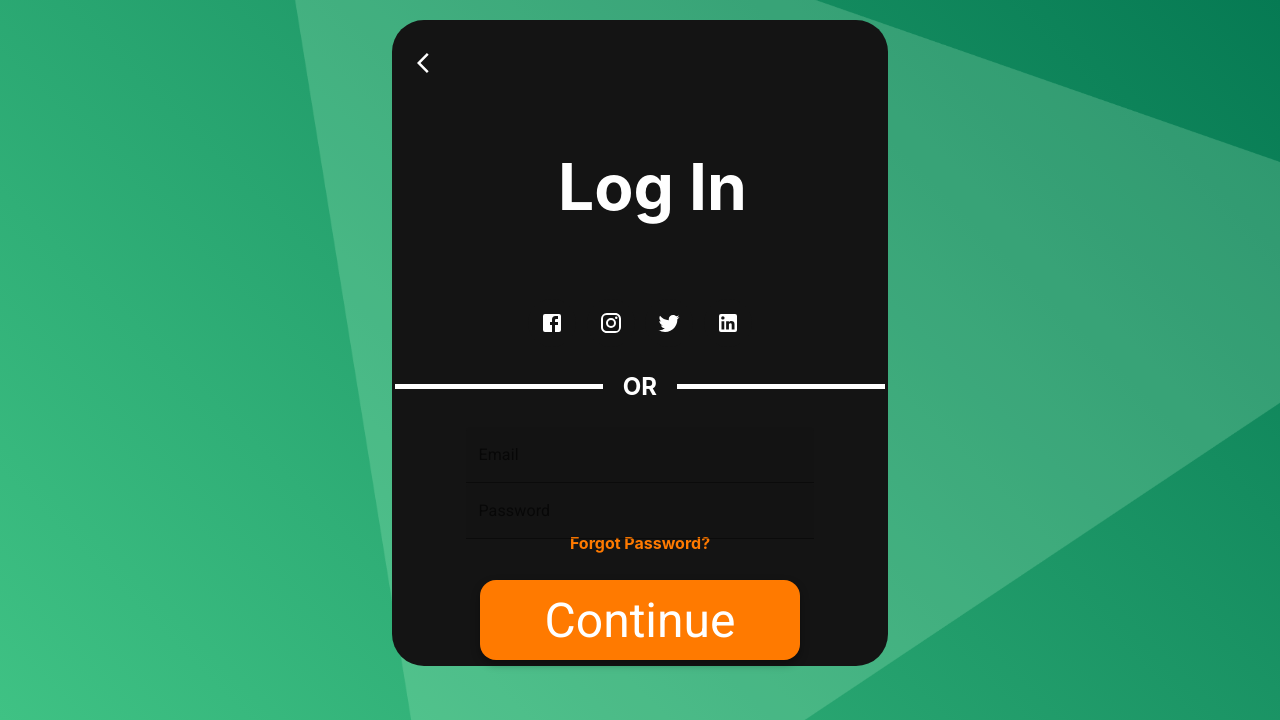
Repository: wilyyy/John
Page: /login (app in john-app/)
An editor plug-in stored every save of this project. The page is shown before and after the next save, followed by the edit.
The browser window is 1280 px wide. The pictures show the whole page.
The project was rebuilt for these pictures with package versions that can differ from the ones it lists, and the page was loaded fresh each time. The framework's server and built-in components were replaced by stand-ins that run in the browser. Also part of the build but not shown: john-app/next.config.js.

Above is the page before, as saved 2021-10-07 22:25:50.

After the next save:
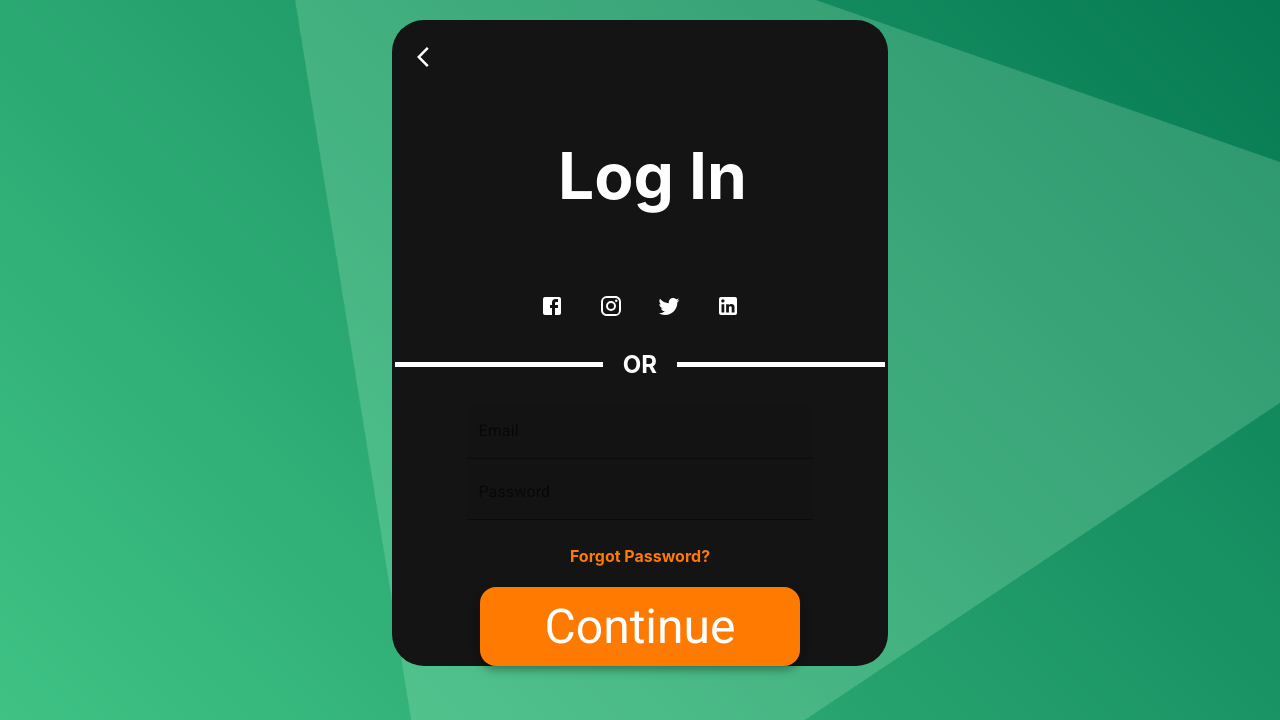
Saved 4 s later.
--- a/john-app/pages/login.js
+++ b/john-app/pages/login.js
@@ -63,7 +63,7 @@ const LogInFormCont = styled.div`
     display: flex;
     flex-direction: column;
     justify-content: space-evenly;
-    height: 5rem;
+    height: 8rem;
     width: 70%;
 `
 
